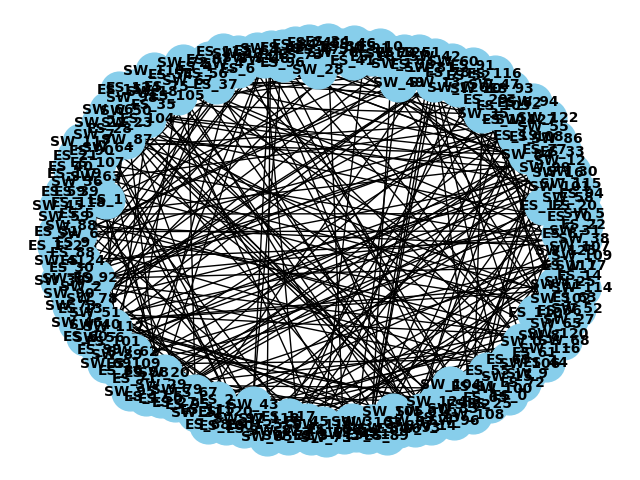
Repository: ilfuma88/NES64
Script's output: python graph.py
An editor plug-in stored every save of this project. The script's output is shown before and after the next save, followed by the edit.
Random numbers start from a fixed seed.

Above is the script's output before, as saved 2024-10-06 19:35:25.

After the next save:
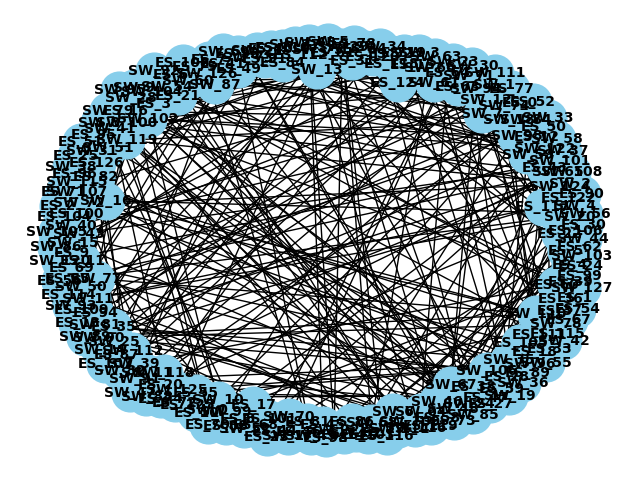
Saved 3 days later.
--- a/graph.py
+++ b/graph.py
@@ -3,8 +3,8 @@ import networkx as nx
 import matplotlib.pyplot as plt
 
 # Step 1: Read the CSV file
-# filename = 'example_topology.csv'
-filename = 'modified_topology.csv'
+filename = 'example_topology.csv'
+# filename = 'modified_topology.csv'
 
 nodes = set()
 edges = []
